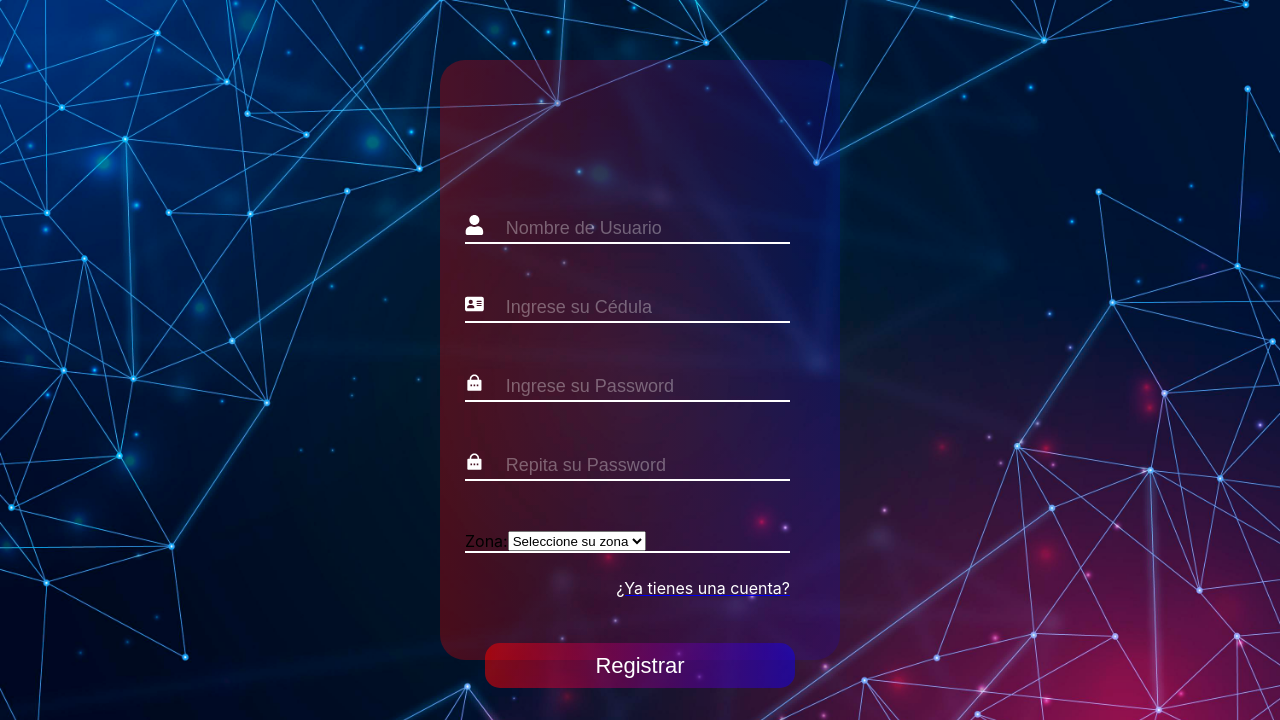
Repository: Davic1o/municipio
Page: /Registro
These files come from the project's save history. The page is drawn as it stood at one moment and after the next save; the edit follows.
The browser window is 1280 px wide. The pictures show the whole page.
The project was rebuilt for these pictures with package versions that can differ from the ones it lists, and the page was loaded fresh each time. Also part of the build but not shown: src/pages/Login/Login.jsx, src/pages/Administrador/Admin.jsx, src/pages/Coord/Coord.jsx, src/pages/User/User.jsx, src/pages/ConfirmacionRegistro/ConfirmacionRegistro.jsx.

Above is the page before, as saved 2024-02-06 20:18:39.

After the next save:
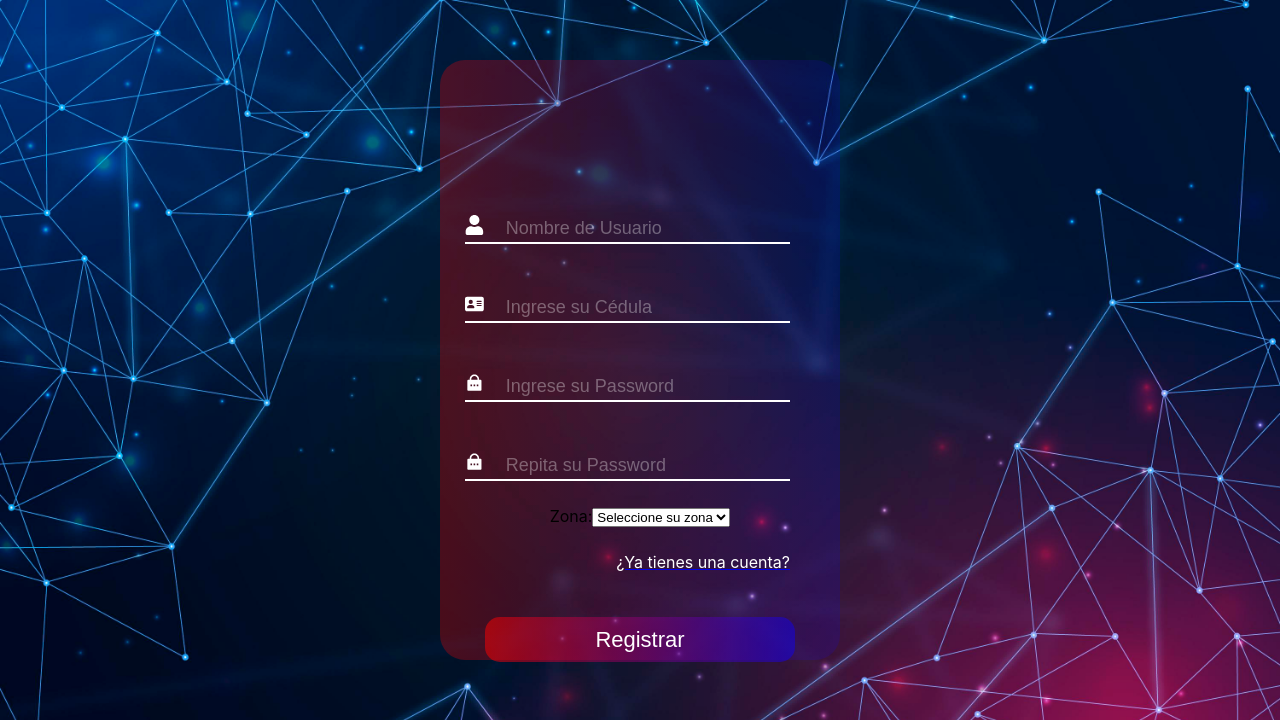
Saved 56 s later.
--- a/src/pages/Register/Register.jsx
+++ b/src/pages/Register/Register.jsx
@@ -107,7 +107,7 @@ const Register = () => {
               onChange={(e) => setConfirmPassword(e.target.value)}
             />
           </div>
-          <div className="contenedor__password">
+          <div className="contenedor__zona">
             <label htmlFor="zona">Zona:</label>
             <select
               id="zona"
